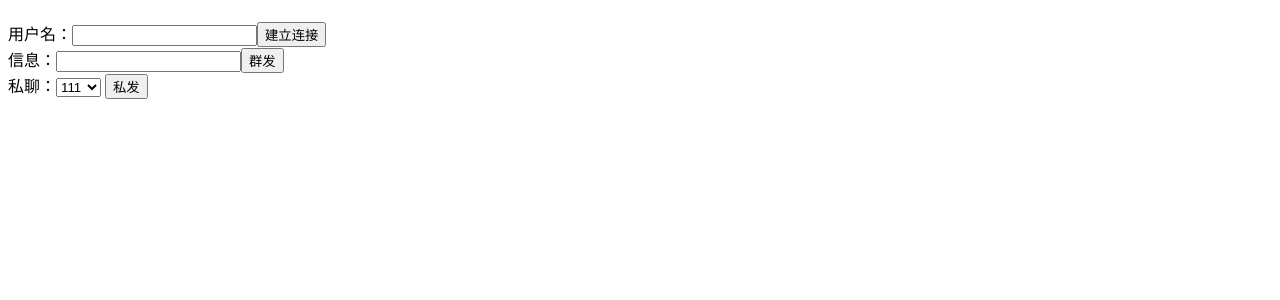
Repository: eheihaha2/whoisthespy-
Page: webDemo/WebContent/room.html
An editor plug-in stored every save of this project. The page is shown before and after the next save, followed by the edit.
The browser window is 1280 px wide. The pictures show the whole page.

Above is the page before, as saved 2020-02-25 18:58:34.

### webDemo/WebContent/room.html
<!DOCTYPE html>
<html>
<head>
	<script type="text/javascript" src="jquery-1.11.0.min.js"></script>
	<title></title>
</head>
<body>
<h4 class="userinfo"></h4>
	用户名：<input type="text" name="username"/><button id="connBtn">建立连接</button><br />
	信息：<input type="text" name="info"/><button id="subBtnAll">群发</button><br />
	私聊：<select id="userList">
		<option value="111">111</option>
		<option value="222">222</option>
		<option value="333">333</option>
	</select>
	<button id="subBtn">私发</button>

	<div class="info">
		<span class="name"></span>
		<span class="msg"></span>
	</div>
</body>
<script type="text/javascript">
	var ws=null;
	var username=null;
	var url="ws://localhost:8080/webDemo/chat/";
		// 后续的消息添加都是用其做二次克隆
      	var info = $(".info").clone();
		//点击建立连接的按钮
      	$("#connBtn").on("click",function(){
      		if("WebSocket" in window){
      			username = $("input[name='username']").val();
      			ws = new WebSocket(url+username);
      			//有了webSocket连接对象之后，我就开始监听消息
      			//服务器端的所有消息都会来到这
      			ws.onmessage = function(evt){
      				var received_msg = evt.data;
      				var jsonReceive_msg = JSON.parse(received_msg);
      				var head = jsonReceive_msg.head;//获得服务器数据，解析数据获得数据类型
      				var data =jsonReceive_msg.data;//真正的data所在
      				switch (head) {
      					case "sendAll":
      					sendAll(data);
      						break;
      					case "sendTo":
      					sendTo(data);
      						break;
      					case "onLine":
      					onLine(data);
      						break;
      					case "userList":
      					userList(data);
      						break;
      					default:
      						break;
      				}
      			}
      		}else{
      			alert("您的浏览器不支持 WebSocket!");
      		}
      	})

      	//细节定义每种功能的数据接口
      	//构建JSON格式发送给服务器：{from:来自谁,msg:消息本身}
      	function sendAll(data){
      		var infoDiv = info.clone();//这个就是我要渲染的dom节点
      		//用于把从服务器端获得的JSON字符串的data解析为原生JS值
      		//var jsonData=JSON.parse(data);
      		infoDiv.find(".name").text("来自于："+data.from+"(群发)");
      		infoDiv.find(".msg").text(data.msg);
      		$(".info").parent().append(infoDiv);
      	}
      	// 构建JSON格式发送给服务器：{from:来自谁,msg:消息本身}
      	function sendTo(data){
      		var infoDiv = info.clone();//这个就是我要渲染的dom节点
      		infoDiv.find(".name").text("来自于："+data.from+"(私发)");
      		infoDiv.find(".msg").text(data.msg);
      		$(".info").parent().append(infoDiv);
      	}
      	// 构建JSON格式发送给服务器：{name:上线人姓名}
      	function onLine(data){
      	//$(".userinfo").empty();
      	console.log(data);
      	$(".userinfo").append("【"+data.name+"上线了】");
      	}
      	// 构建JSON格式发送给服务器：[用户1,用户2]
      	function userList(data){
      		$("#userList").empty();
      		var jsonData=JSON.parse(data);
      		$("#userList").append("<option>请选择</option>");
      		$.each(jsonData,function(index,item){
      			$("#userList").append("<option value="+item+">"+item+"</option>");
      		})
      	}

      	//点击群发按钮
      	$("#subBtnAll").on("click",function(){
      		//var sentName = $("input[name='username']").val();
      		var msg = $("input[name='info']").val();
      		console.log(msg);
      		var jsonMsg={
      			"head":"sendAll",
      			"data":msg
      			//"from":sentName,
      			//"msg":msg
      		}
      		console.log(jsonMsg);
      		//var subAllEnd =JSON.stringify(jsonMsg);
      		ws.send(JSON.stringify(jsonMsg));
      	})
      	//点击私发按钮
      	$("#subBtn").on("click",function(){
      		var msg=$("input[name=info]").val();
      		var toUser=$("#userList").val();
      		console.log(toUser);
      		var jsonMsg={
      			"head":"sendTo",
      			"data":{
      				"to":toUser,
      				"msg":msg
      			}
      		}
      		console.log(jsonMsg);
      		ws.send(JSON.stringify(jsonMsg));
      	})
</script>
</html>

Loaded but not shown: webDemo/WebContent/js/jquery-1.11.0.min.js (library)

After the next save:
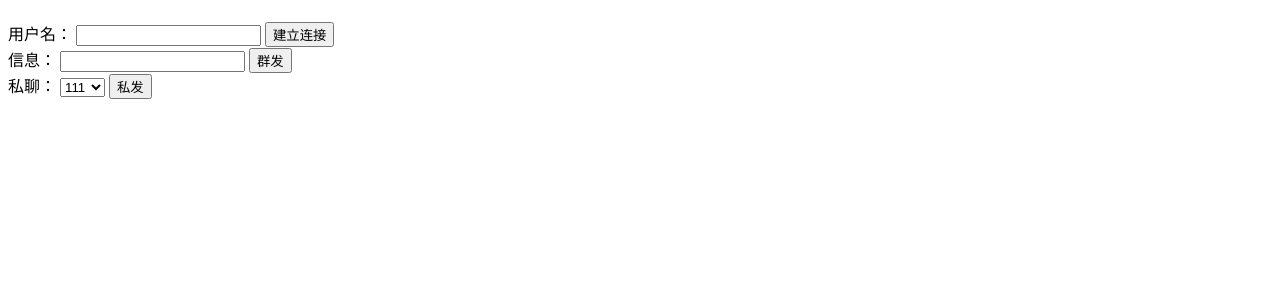
Saved 98 s later.
--- a/webDemo/WebContent/room.html
+++ b/webDemo/WebContent/room.html
@@ -5,10 +5,15 @@
 	<title></title>
 </head>
 <body>
-<h4 class="userinfo"></h4>
-	用户名：<input type="text" name="username"/><button id="connBtn">建立连接</button><br />
-	信息：<input type="text" name="info"/><button id="subBtnAll">群发</button><br />
-	私聊：<select id="userList">
+      <h4 class="userinfo"></h4>
+	<span>用户名：</span>
+      <input type="text" name="username"/>
+      <button id="connBtn">建立连接</button><br />
+	<span>信息：</span>
+      <input type="text" name="info"/>
+      <button id="subBtnAll">群发</button><br />
+	<span>私聊：</span>
+      <select id="userList">
 		<option value="111">111</option>
 		<option value="222">222</option>
 		<option value="333">333</option>
@@ -23,7 +28,7 @@
 <script type="text/javascript">
 	var ws=null;
 	var username=null;
-	var url="ws://localhost:8080/webDemo/chat/";
+	var url="ws://localhost:8080/webDemo/chatRoom/";
 		// 后续的消息添加都是用其做二次克隆
       	var info = $(".info").clone();
 		//点击建立连接的按钮
